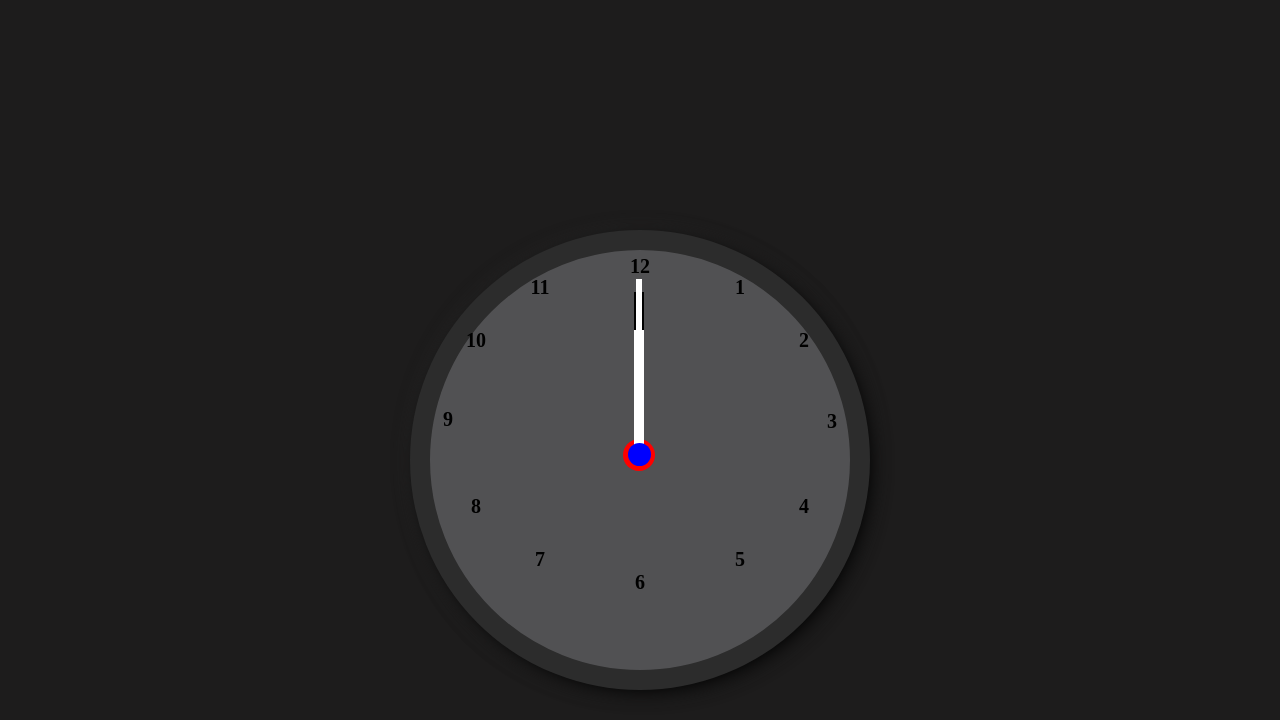
Repository: Eugene44-hub/Analog-clock
Page: index.html
The author's editor kept a copy of each file at every save. The page is drawn from the files as they stood at one save, then again after the next save.
The browser window is 1280 px wide. The pictures show the whole page.

Above is the page before, as saved 2021-09-04 23:15:12.

After the next save:
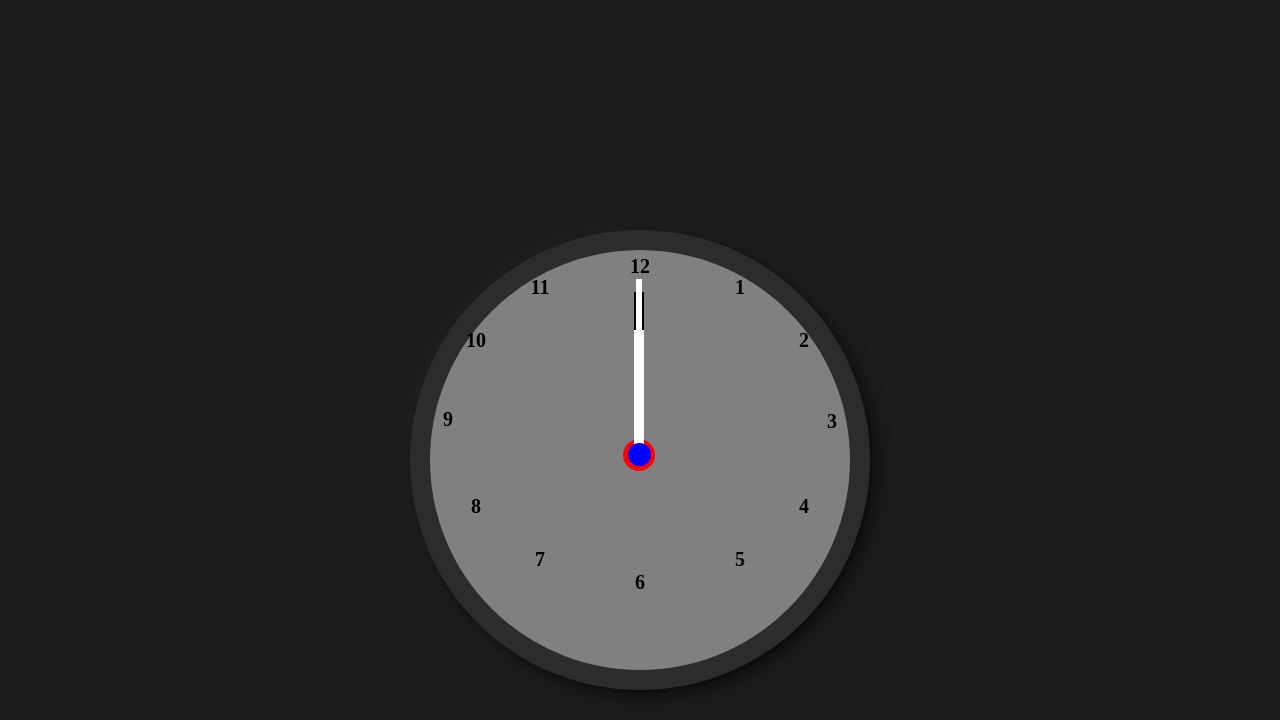
Saved 10 s later.
--- a/style.css
+++ b/style.css
@@ -8,7 +8,7 @@
 }
 
 .clock {
-    background-color: rgb(81, 81, 83);
+    background-color: gray;
     height: 400px;
     width: 400px;
     border: 20px solid rgb(44, 44, 44);

After the 3 saves that followed:
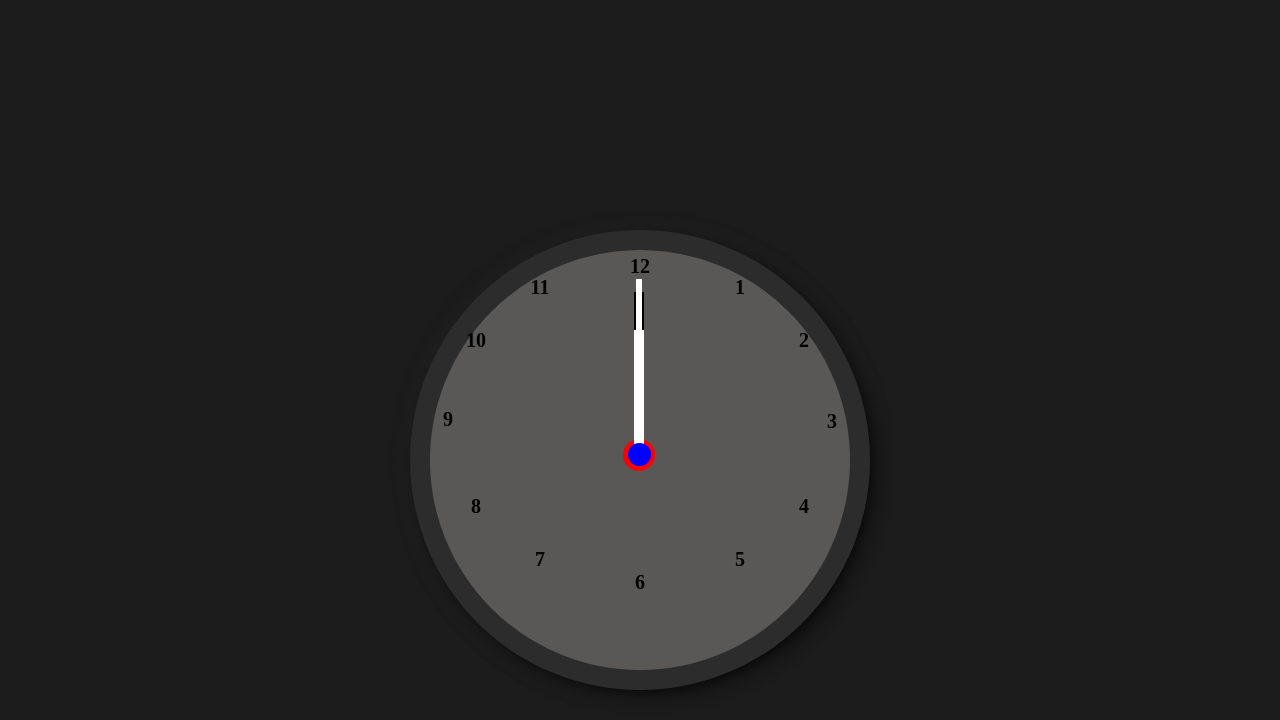
The 3 saves are shown as one change because they came seconds apart.
The last was saved 24 s later.
--- a/style.css
+++ b/style.css
@@ -8,7 +8,7 @@
 }
 
 .clock {
-    background-color: gray;
+    background-color: rgb(90, 87, 87);
     height: 400px;
     width: 400px;
     border: 20px solid rgb(44, 44, 44);
